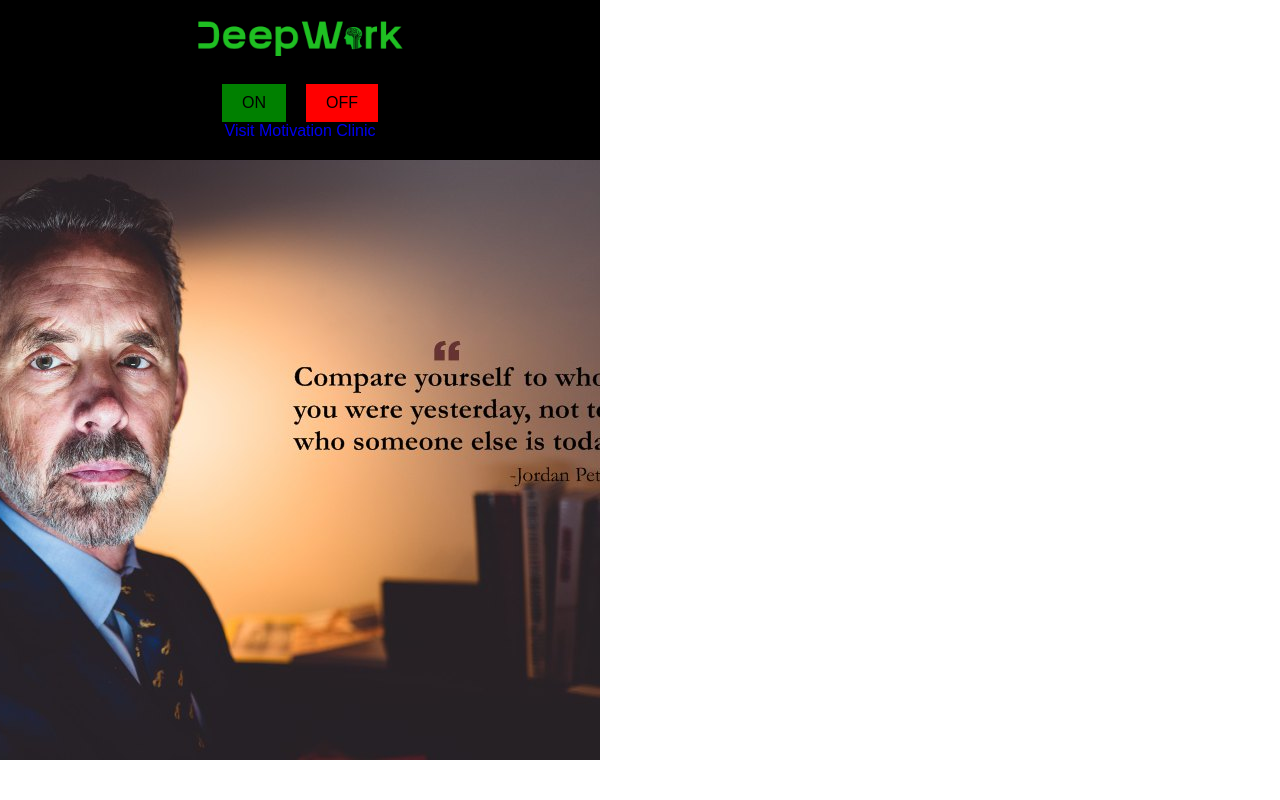
Repository: fechinmitchell/MFM
Page: blocked.html
The author's editor kept a copy of each file at every save. The page is drawn from the files as they stood at one save, then again after the next save.
The browser window is 1280 px wide. The pictures show the whole page.

Above is the page before, as saved 2023-07-12 20:10:52.

After the next save:
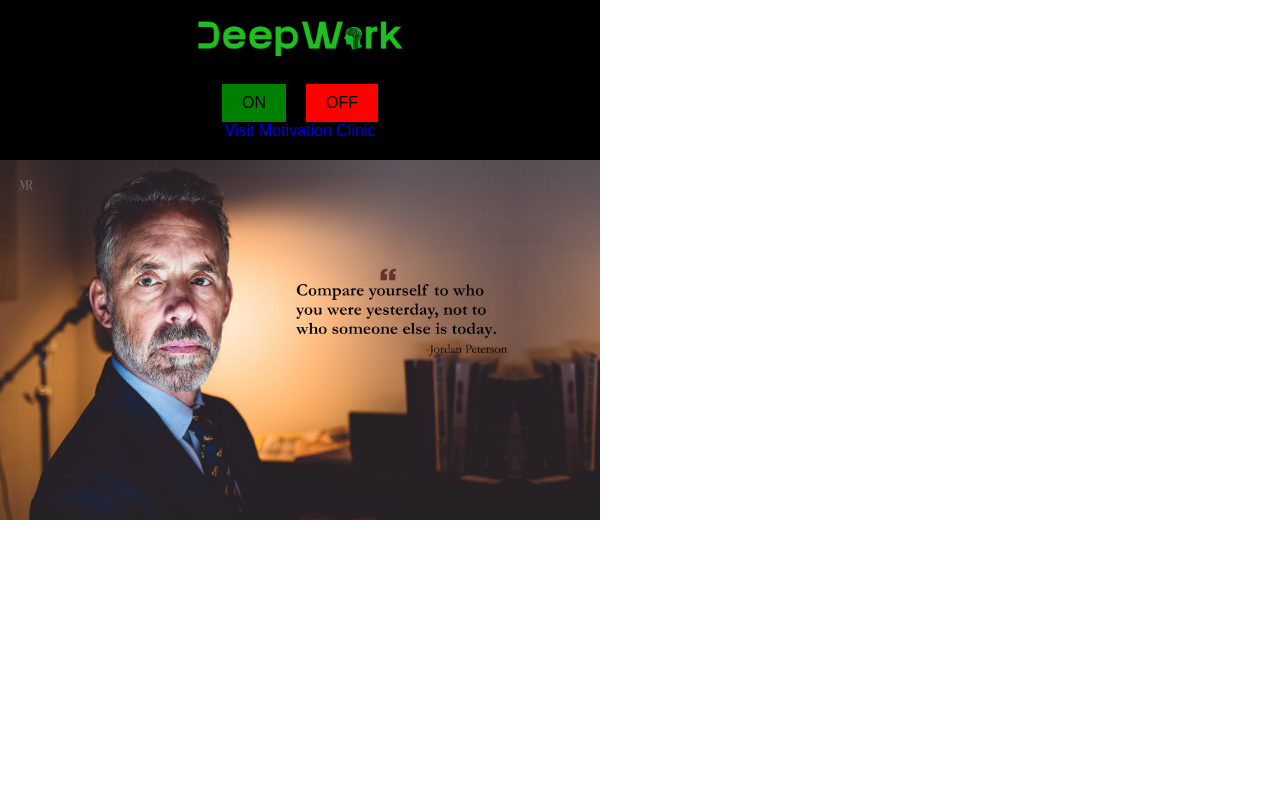
Saved 46 s later.
--- a/blocked.html
+++ b/blocked.html
@@ -56,6 +56,6 @@
     </div>
     <a class="link" href="https://motivationclinic.com" target="_blank">Visit Motivation Clinic</a>
   </div>
-  <img src="images/blocked.jpeg" style="width:100%;height:calc(100% - 200px);object-fit:cover;">
+  <img src="images/blocked.jpeg" style="width:100%;height:calc(70% - 200px);object-fit:cover;">
 </body>
 </html>
